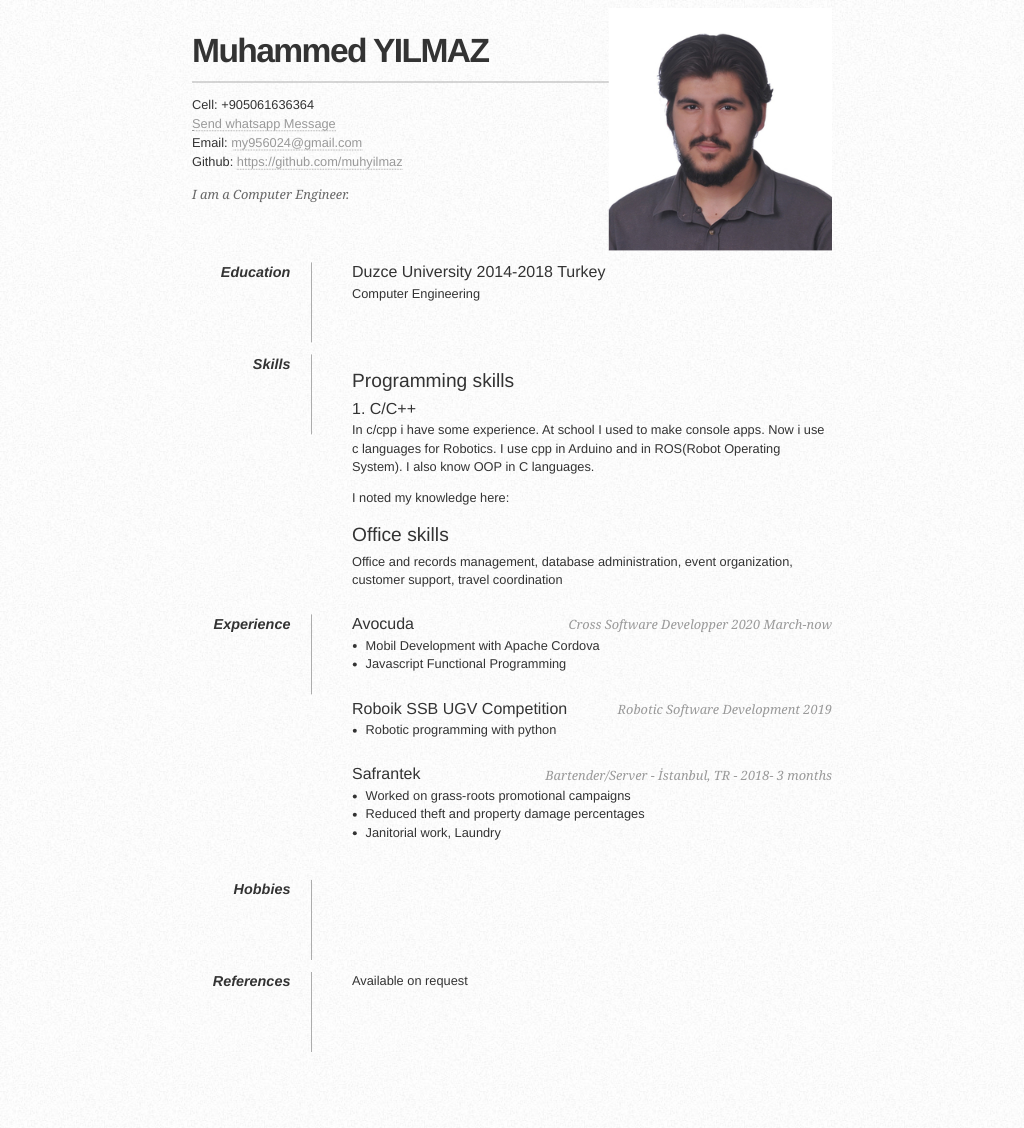
Repository: muhyilmaz/muhyilmaz.github.io
Page: index.html
These files come from the project's save history. The page is drawn as it stood at one moment and after the next save; the edit follows.
The browser window is 1280 px wide. The pictures show the whole page, at 80% of full size.

Above is the page before, as saved 2020-06-08 18:32:43.

After the next save:
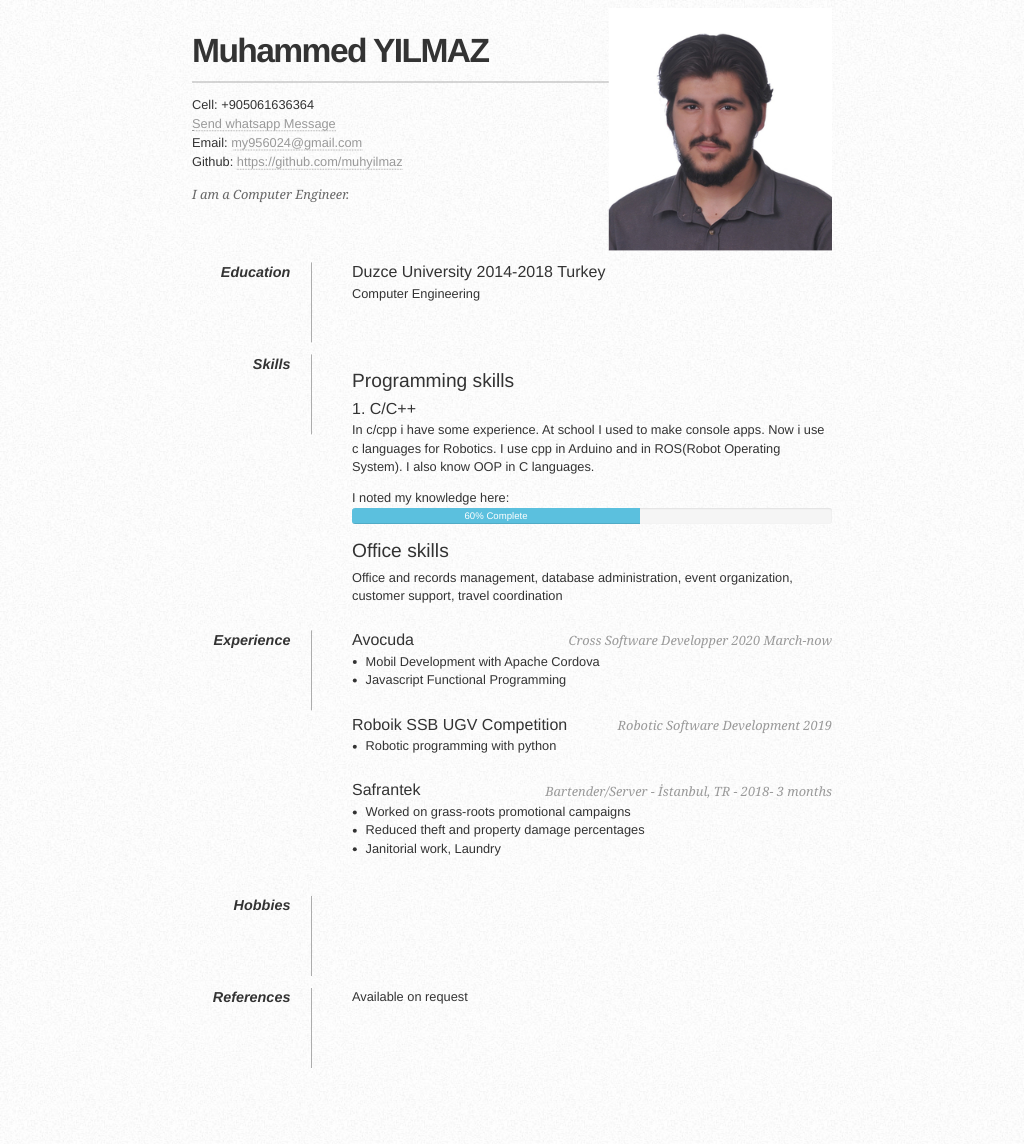
Saved 6 s later.
--- a/index.html
+++ b/index.html
@@ -88,13 +88,13 @@
 				<h2>1. C/C++</h2>
                 <p>In c/cpp i have some experience. At school I used to make console apps. Now i use c languages for Robotics. I use cpp in Arduino and in ROS(Robot Operating System). I also know OOP in C languages. </p>
                 I noted my knowledge here:
-                <!--
+
                 <div class="progress">
                     <div class="progress-bar progress-bar-info" role="progressbar" aria-valuenow="60" aria-valuemin="0" aria-valuemax="100" style="width:60%">
                       60% Complete
                     </div>
                   </div>
-				-->
+
 				<h3>Office skills</h3>
                 <p>Office and records management, database administration, event organization, customer support, travel coordination</p>
 			</dd>
